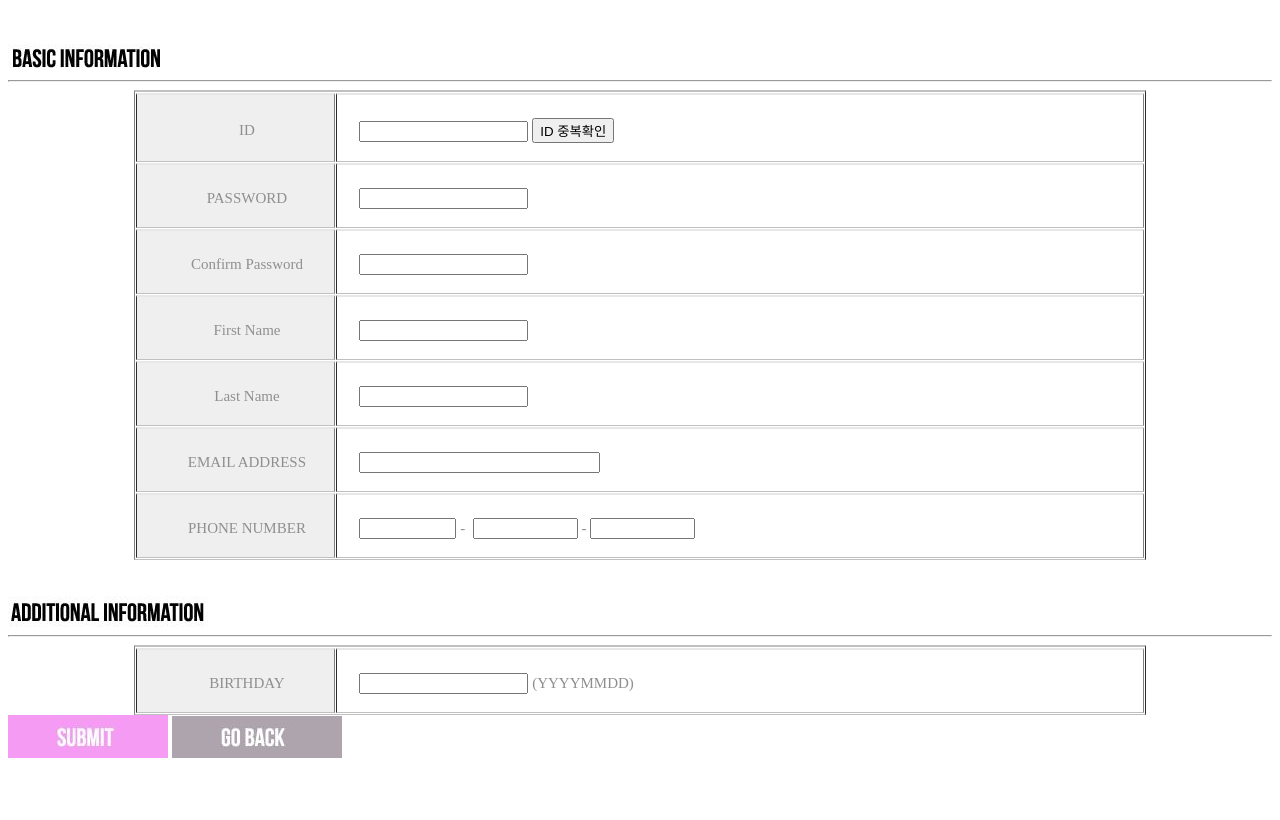
Repository: kminjoo/Making-website-using-JSP
Page: http://localhost/website_project/Register.jsp
These files come from the project's save history. The page is drawn as it stood at one moment and after the next save; the edit follows.
The browser window is 1280 px wide. The pictures show the whole page.
The page is served by Tomcat 9.

Above is the page before, as saved 2015-07-21 14:30:25.

After the next save:
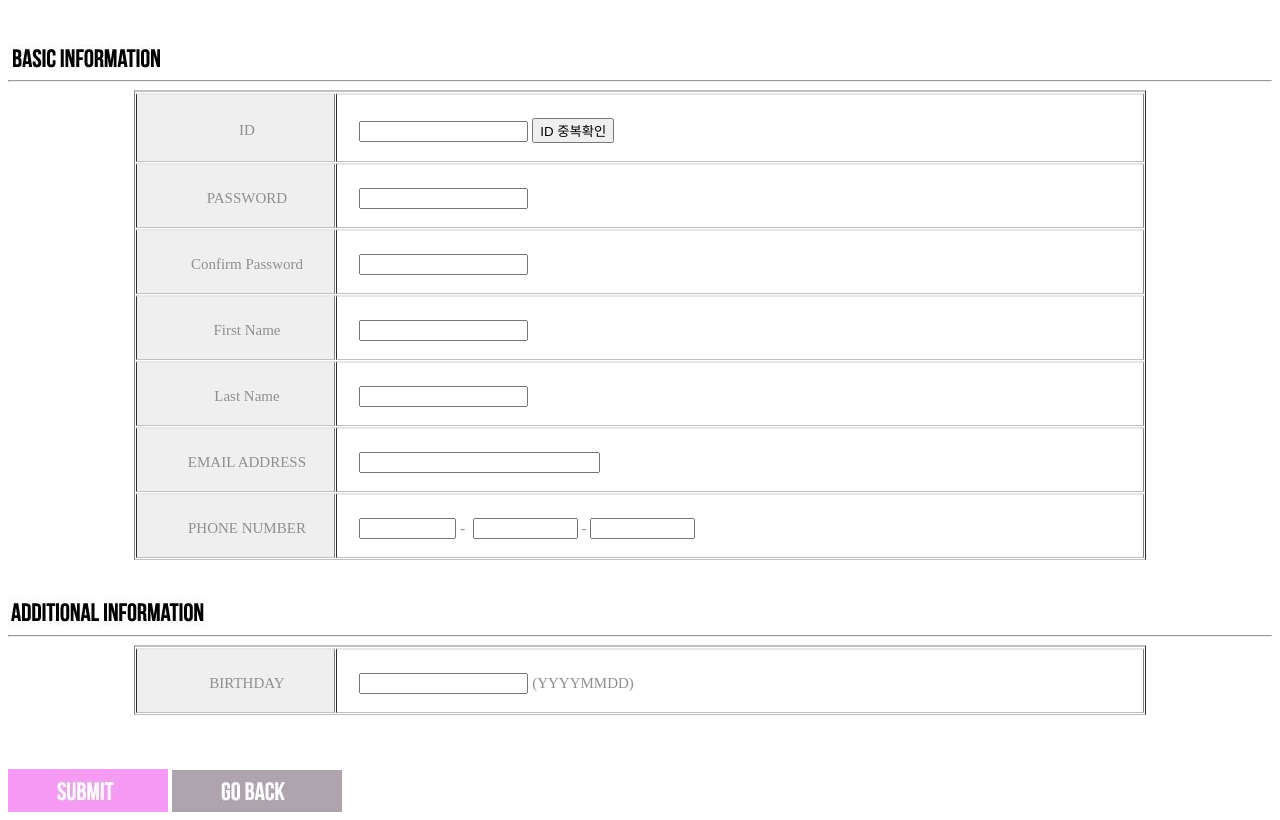
Saved 32 s later.
--- a/website_project/WebContent/Register.jsp
+++ b/website_project/WebContent/Register.jsp
@@ -57,11 +57,11 @@
 </tr>
 </table>
 </form>
-
-<div><img src="<%=request.getContextPath() %>/images/submit.JPG"/>
-<img src="<%=request.getContextPath() %>/images/goback.JPG"/></div>
 <br>
 <br>
 &nbsp;&nbsp;&nbsp;&nbsp;&nbsp;&nbsp;&nbsp;&nbsp;&nbsp;&nbsp;&nbsp;
 </body>
+<div><img src="<%=request.getContextPath() %>/images/submit.JPG"/>
+<img src="<%=request.getContextPath() %>/images/goback.JPG"/></div>
+
 </html>
